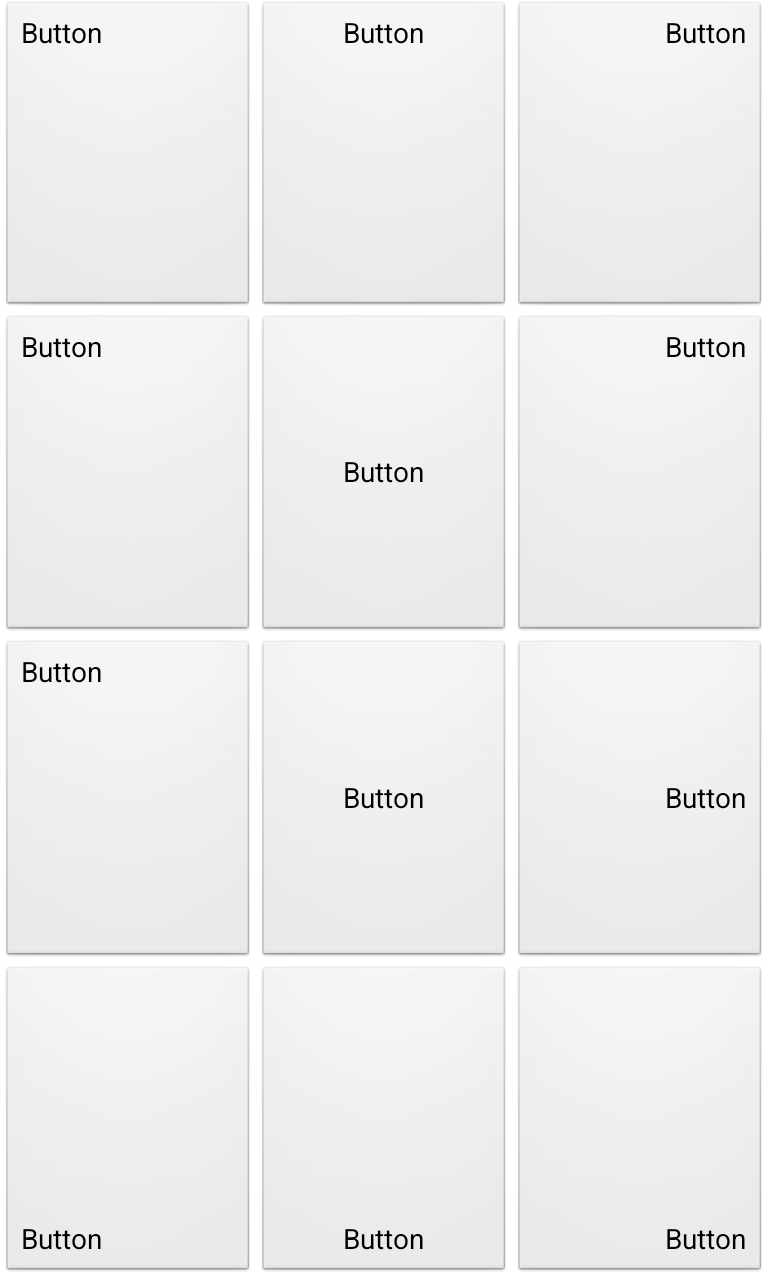
Repository: ApplucoJason/AndroidTest
Layout: MyFirstApp/res/layout/second.xml
An editor plug-in stored every save of this project. The layout is shown before and after the next save, followed by the edit.
It is drawn on a 768 x 1280 px phone screen (xhdpi) without system bars, with theme AppTheme; the app's code is not run.

Above is the layout before, as saved 2013-09-04 12:25:04.

### MyFirstApp/res/layout/second.xml
<?xml version="1.0" encoding="utf-8"?>
<LinearLayout xmlns:android="http://schemas.android.com/apk/res/android"
    android:layout_width="match_parent"
    android:layout_height="match_parent"
    android:orientation="vertical" >

    <LinearLayout
        android:layout_width="match_parent"
        android:layout_height="wrap_content"
        android:layout_weight="1" >

        <Button
            android:id="@+id/button1"
            android:layout_width="wrap_content"
            android:layout_height="match_parent"
            android:layout_weight="1"
            android:gravity="left|top"
            android:text="Button" />

        <Button
            android:id="@+id/button5"
            android:layout_width="wrap_content"
            android:layout_height="fill_parent"
            android:layout_weight="1"
            android:gravity="center|top"
            android:text="Button" />

        <Button
            android:id="@+id/button9"
            android:layout_width="wrap_content"
            android:layout_height="fill_parent"
            android:layout_weight="1"
            android:gravity="right|top"
            android:text="Button" />
    </LinearLayout>

    <LinearLayout
        android:layout_width="match_parent"
        android:layout_height="wrap_content"
        android:layout_weight="1" >

        <Button
            android:id="@+id/button2"
            android:layout_width="wrap_content"
            android:layout_height="fill_parent"
            android:layout_weight="1"
            android:gravity="left"
            android:text="Button" />

        <Button
            android:id="@+id/button6"
            android:layout_width="wrap_content"
            android:layout_height="match_parent"
            android:layout_weight="1"
             android:gravity="center"
            android:text="Button" />

        <Button
            android:id="@+id/button10"
            android:layout_width="wrap_content"
            android:layout_height="fill_parent"
            android:layout_weight="1"
             android:gravity="right"
            android:text="Button" />
    </LinearLayout>

    <LinearLayout
        android:layout_width="match_parent"
        android:layout_height="wrap_content"
        android:layout_weight="1" >

        <Button
            android:id="@+id/button3"
            android:layout_width="wrap_content"
            android:layout_height="fill_parent"
            android:layout_weight="1"
             android:gravity="left"
            android:text="Button" />

        <Button
            android:id="@+id/button7"
            android:layout_width="wrap_content"
            android:layout_height="fill_parent"
            android:layout_weight="1"
              android:gravity="center"
            android:text="Button" />

        <Button
            android:id="@+id/button11"
            android:layout_width="wrap_content"
            android:layout_height="fill_parent"
            android:layout_weight="1"
                android:gravity="right|center"
            android:text="Button" />
    </LinearLayout>

    <LinearLayout
        android:layout_width="match_parent"
        android:layout_height="wrap_content"
        android:layout_weight="1" >

        <Button
            android:id="@+id/button4"
            android:layout_width="wrap_content"
            android:layout_height="fill_parent"
            android:layout_weight="1"
             android:gravity="left|bottom"
            android:text="Button" />

        <Button
            android:id="@+id/button8"
            android:layout_width="wrap_content"
            android:layout_height="fill_parent"
            android:layout_weight="1"
               android:gravity="center|bottom"
            android:text="Button" />

        <Button
            android:id="@+id/button12"
            android:layout_width="wrap_content"
            android:layout_height="match_parent"
            android:layout_weight="1"
                android:gravity="right|bottom"
            android:text="Button" />
    </LinearLayout>

</LinearLayout>

Loaded but not shown: MyFirstApp/res/values/styles.xml (common file)

After the next save:
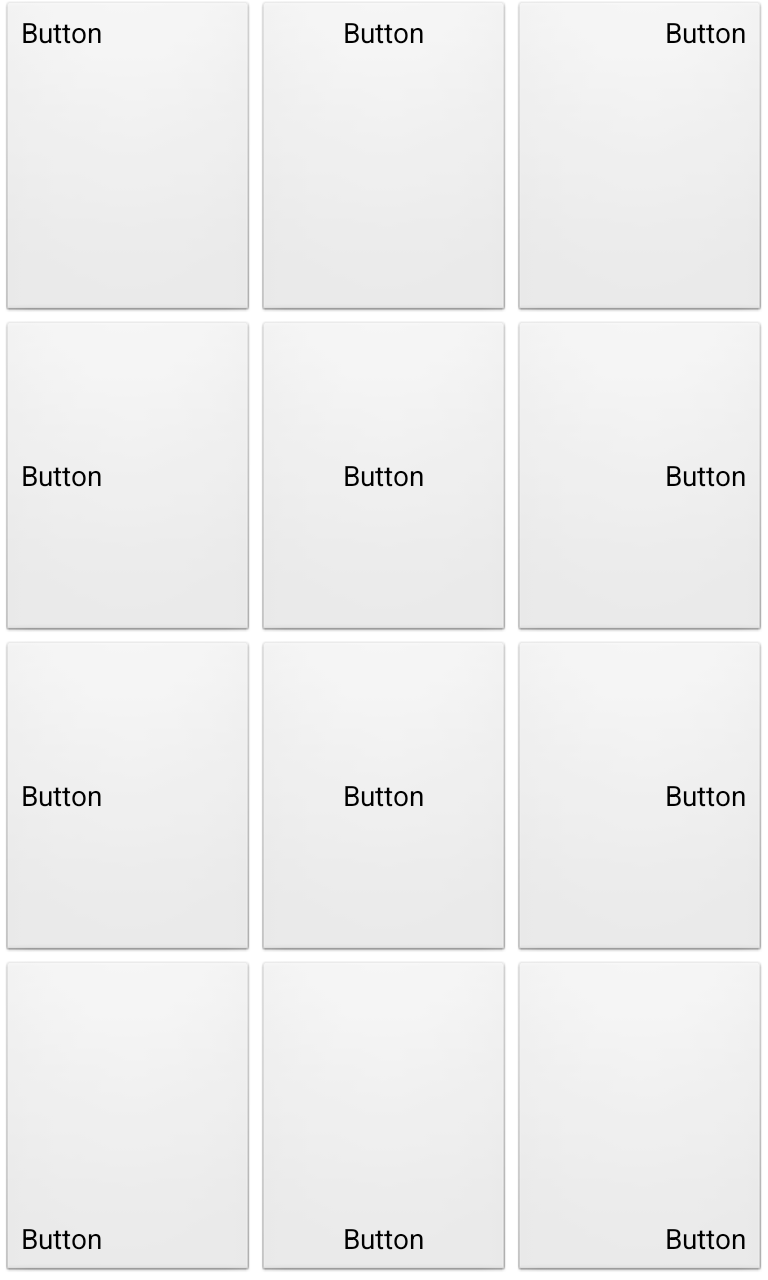
Saved 14 s later.
--- a/MyFirstApp/res/layout/second.xml
+++ b/MyFirstApp/res/layout/second.xml
@@ -44,7 +44,7 @@
             android:layout_width="wrap_content"
             android:layout_height="fill_parent"
             android:layout_weight="1"
-            android:gravity="left"
+            android:gravity="left|center"
             android:text="Button" />
 
         <Button
@@ -60,7 +60,7 @@
             android:layout_width="wrap_content"
             android:layout_height="fill_parent"
             android:layout_weight="1"
-             android:gravity="right"
+             android:gravity="right|center"
             android:text="Button" />
     </LinearLayout>
 
@@ -74,7 +74,7 @@
             android:layout_width="wrap_content"
             android:layout_height="fill_parent"
             android:layout_weight="1"
-             android:gravity="left"
+             android:gravity="left|center"
             android:text="Button" />
 
         <Button
